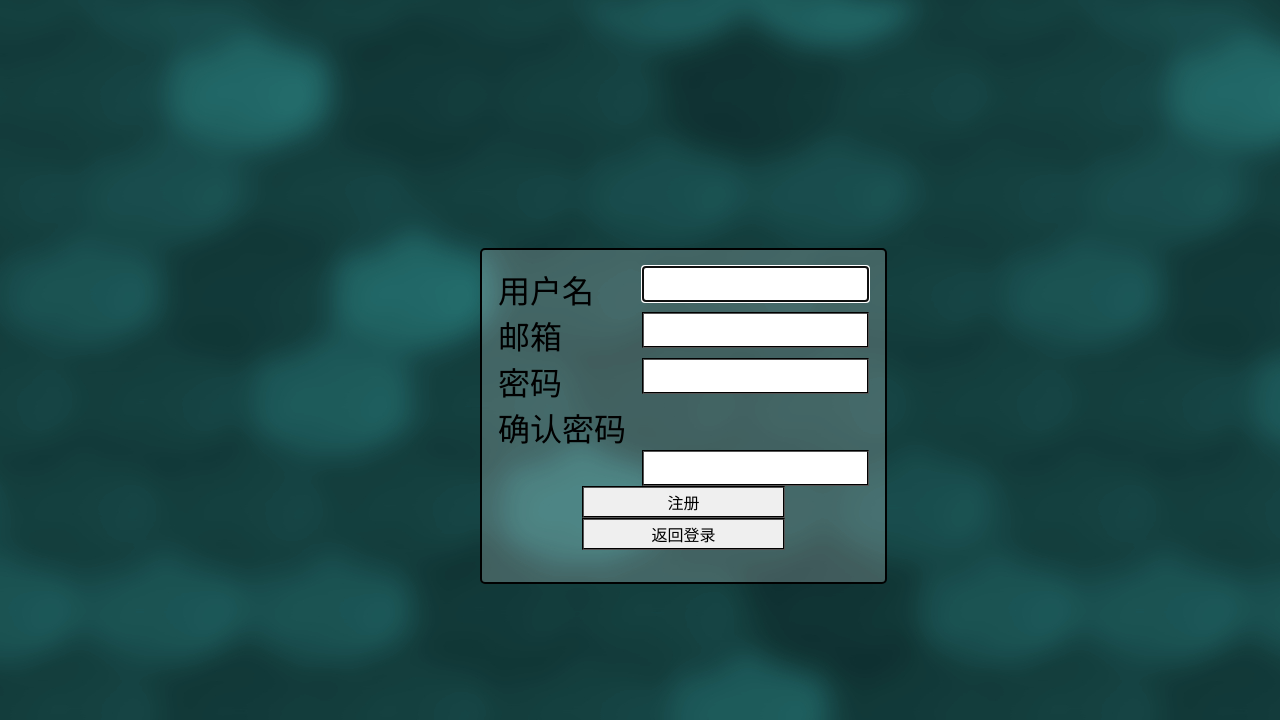
Repository: aoandxie/AoNews
Page: AoNews/WebContent/register.html
The author's editor kept a copy of each file at every save. The page is drawn from the files as they stood at one save, then again after the next save.
The browser window is 1280 px wide. The pictures show the whole page.

Above is the page before, as saved 2017-03-06 09:27:45.

### AoNews/WebContent/register.html
<!DOCTYPE html>
<html>
<head>
<meta charset="UTF-8">
<title>Ao News 注册</title>
<link type="text/css" rel="stylesheet" href="common_style.css">
<script type="text/javascript">
	function infoVerify() {
		new_user = document.getElementById("Username");
		new_email = document.getElementById("Useremail");
		new_pswd = document.getElementById("pswd1");
		same_pswd = document.getElementById("pswd2");
		if (new_user.value.match("^([a-z]|[A-Z]|[0-9]){1,20}") != null) {
			if (new_email.value.match("^.+@.+") != null) {
				if (new_pswd.value.match("^.{6,20}") != null) {
					if (same_pswd.value == new_pswd) {
						return true;
					} else {
						new_pswd.value = same_pswd.value = "";
						return alertReturn(new_pswd, "两次密码输入不一致");
					}
				} else {
					return alertReturn(new_pswd, "密码应为6-20个字符的组合");
				}
			} else {
				return alertReturn(new_email, "邮箱格式不正确");
			}
		} else {
			return alertReturn(new_user, "用户名应为1-20个大小写字母或数字的组合");
		}
	}

	function alertReturn(field, text) {
		alert(text);
		field.focus();
		return false;
	}
</script>
</head>
<body>
	<div class="Canvas">
		<div class="Form">
			<form action="index.html" method="get">
				<label>用户名</label><input type="text" id="Username" name="new_user"
					autofocus="autofocus"><br> <label>邮箱</label><input
					type="text" name="new_email" id="Useremail"><br> <label>密码</label><input
					type="password" name="new_pswd" id="pswd1"><br> <label>确认密码</label><input
					type="password" name="same_pswd" id="pswd2"><br>
				<div class="Button">
					<input type="submit" value="注册"
						onclick="return infoVerify();"> <input
						type="submit" formaction="index.html" value="返回登录">
				</div>
			</form>
		</div>
	</div>
</body>
</html>

### AoNews/WebContent/common_style.css
@CHARSET "UTF-8";
/* common set */
* {
	margin: 0;
	border: 0;
	padding: 0;
	font-family: Arial, Helvetica, sans-serif;
}

a {
	text-decoration: none;
	color: #000;
}

/* Login & Register */
.Canvas {
	position: fixed;
	background-image: url("back.jpg");
	width: 100%;
	height: 100%;
}

.Form {
	position: fixed;
	background-color: rgba(255, 255, 255, .2);
	left: 35%;
	top: 30%;
	border-radius: 5px;
	border-width: 2px;
	border-color: #000000;
	border-style: solid;
	padding: 1em;
	margin: 2em;
	z-index: 255;
}

.Form label {
	font-size: 2em;
	margin-right: 1em;
	z-index: 255;
}

.Form input {
	float: right;
	height: 2em;
	width: 60%;
	font-size: 1em;
	border-style: groove;
	border-width: 2px;
	border-color: #000000;
}

.LineLabel {
	border-bottom-style: solid;
	border-bottom-width: 2px;
	border-bottom-color: #000000;
}

.Button {
	text-align: center;
	margin: 1em;
}

.Button input{
	float: none;
}

/* Faction & classify */
.Top {
	height: 100px;
	background-image: url("back.jpg");
	width: 100%;
	text-align: center;
}

.Top ul a {
	display: block;
	position: relative;
	float: left;
	width: 50%;
	height: 100px;
	font-size: 4em;
	border-top-left-radius: 5px;
	border-top-right-radius: 5px;
}

.Now a {
	background-color: rgba(255, 255, 255, .2);
}

/* Faction */
.News {
	text-align: left;
	display: block;
	color: #201f35;
	border-radius: 5px;
	border-width: 2px;
	border-color: #555753;
	border-style: solid;
	width: 250px;
	margin: 5px;
}

.News:HOVER {
	background-color: #888a85;
}

.News a {
	font-size: 2em;
	margin: 5px;
}

.News a:CHECKED {
	color: #201f35;
}

/* Classify */
.ClassBoxContainer {
	position: relative;
	top: 20px;
	width: 100%;
	text-align: center;
}

.ClassBox {
	display: block;
	float: left;
	width: 20%;
	margin: 20px 0;
}

.ClassBox a {
	font-size: 2em;
	padding: 10px;
	border-radius: 10px;
	background-color: silver;
}

After the next save:
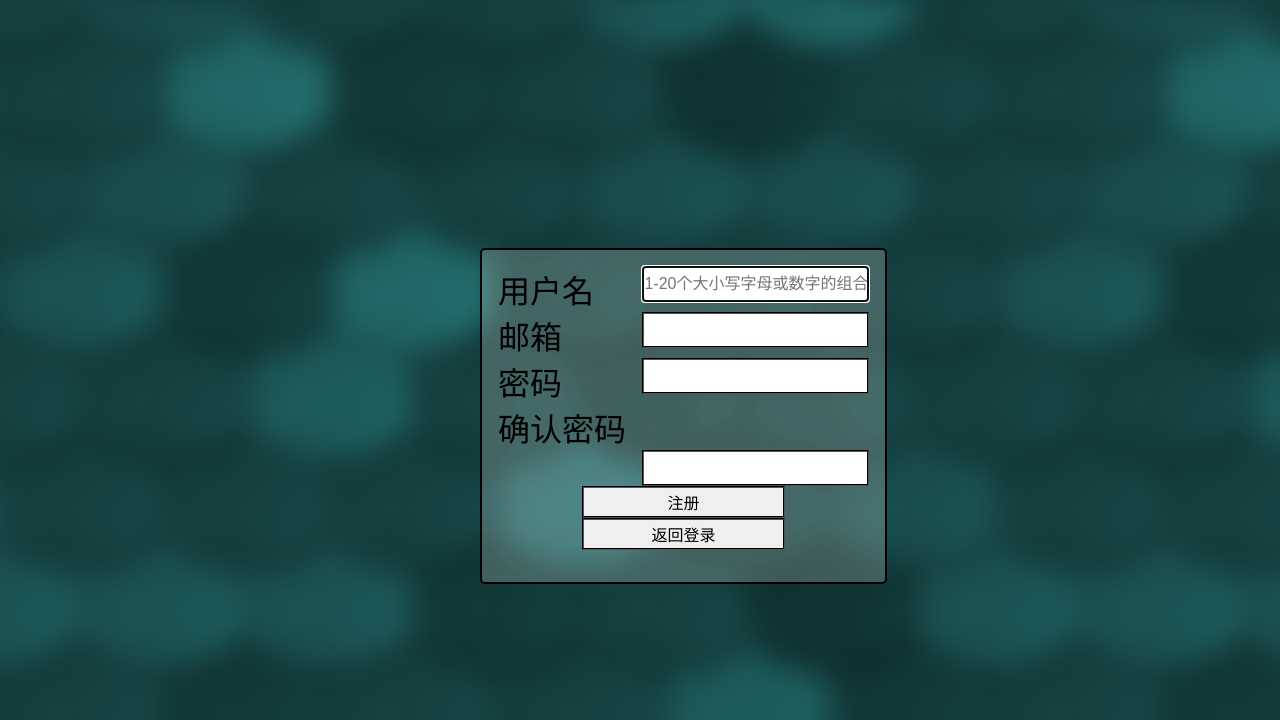
Saved 8 min 3 s later.
--- a/AoNews/WebContent/register.html
+++ b/AoNews/WebContent/register.html
@@ -42,7 +42,7 @@
 		<div class="Form">
 			<form action="index.html" method="get">
 				<label>用户名</label><input type="text" id="Username" name="new_user"
-					autofocus="autofocus"><br> <label>邮箱</label><input
+					autofocus="autofocus" placeholder="1-20个大小写字母或数字的组合"><br> <label>邮箱</label><input
 					type="text" name="new_email" id="Useremail"><br> <label>密码</label><input
 					type="password" name="new_pswd" id="pswd1"><br> <label>确认密码</label><input
 					type="password" name="same_pswd" id="pswd2"><br>
